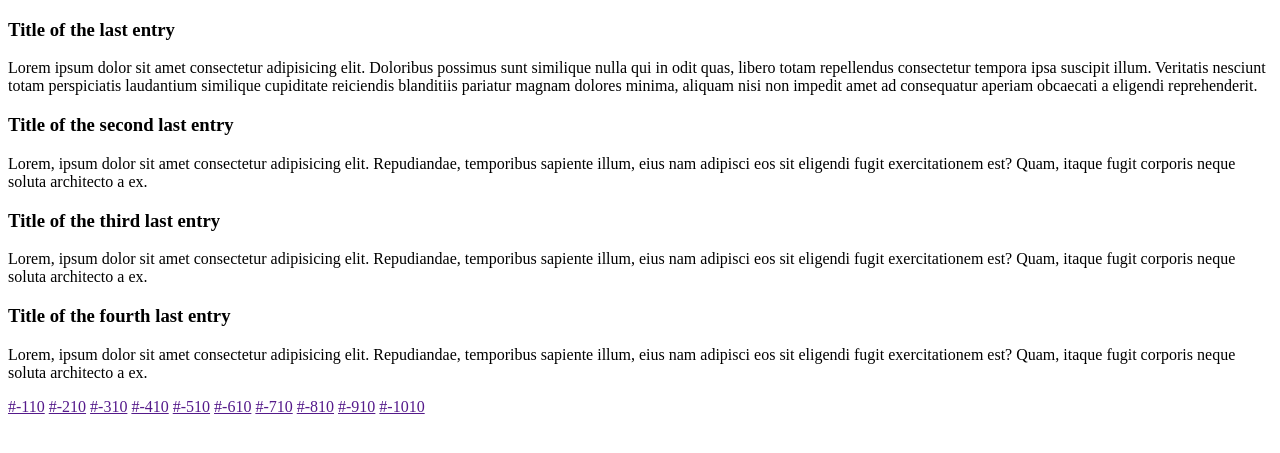
Repository: KikiMcArron/Don_Kiki_McArron
Page: index.html
An editor plug-in stored every save of this project. The page is shown before and after the next save, followed by the edit.
The browser window is 1280 px wide. The pictures show the whole page.

Above is the page before, as saved 2022-04-10 19:10:18.

After the next save:
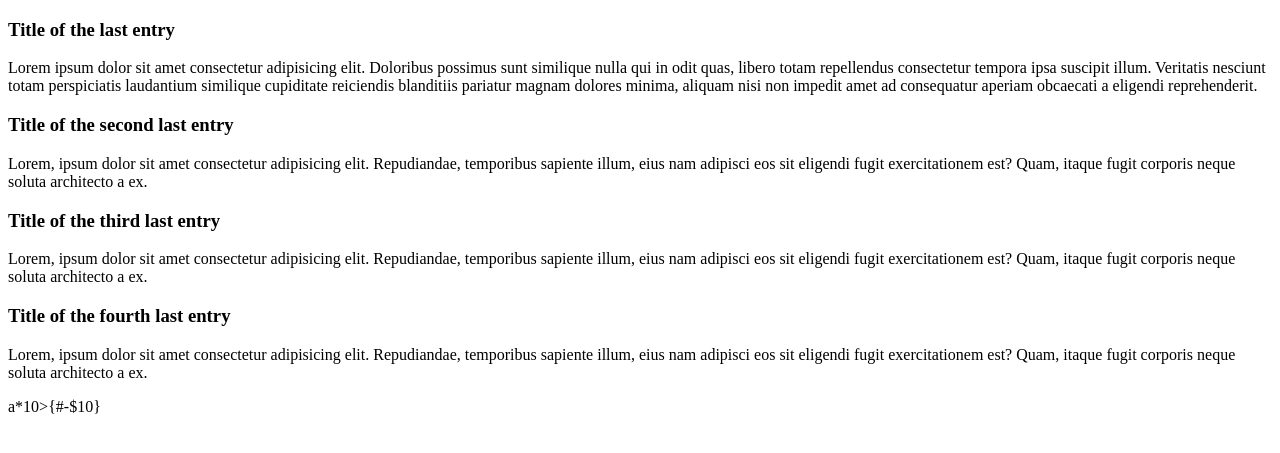
Saved 11 s later.
--- a/index.html
+++ b/index.html
@@ -43,16 +43,7 @@
             </article>
         </section>
         <section class="hitory_entries">
-            <a href="">#-110</a>
-            <a href="">#-210</a>
-            <a href="">#-310</a>
-            <a href="">#-410</a>
-            <a href="">#-510</a>
-            <a href="">#-610</a>
-            <a href="">#-710</a>
-            <a href="">#-810</a>
-            <a href="">#-910</a>
-            <a href="">#-1010</a>
+            a*10>{#-$10}
         </section>
     </main>
     <aside class="notes"></aside>
